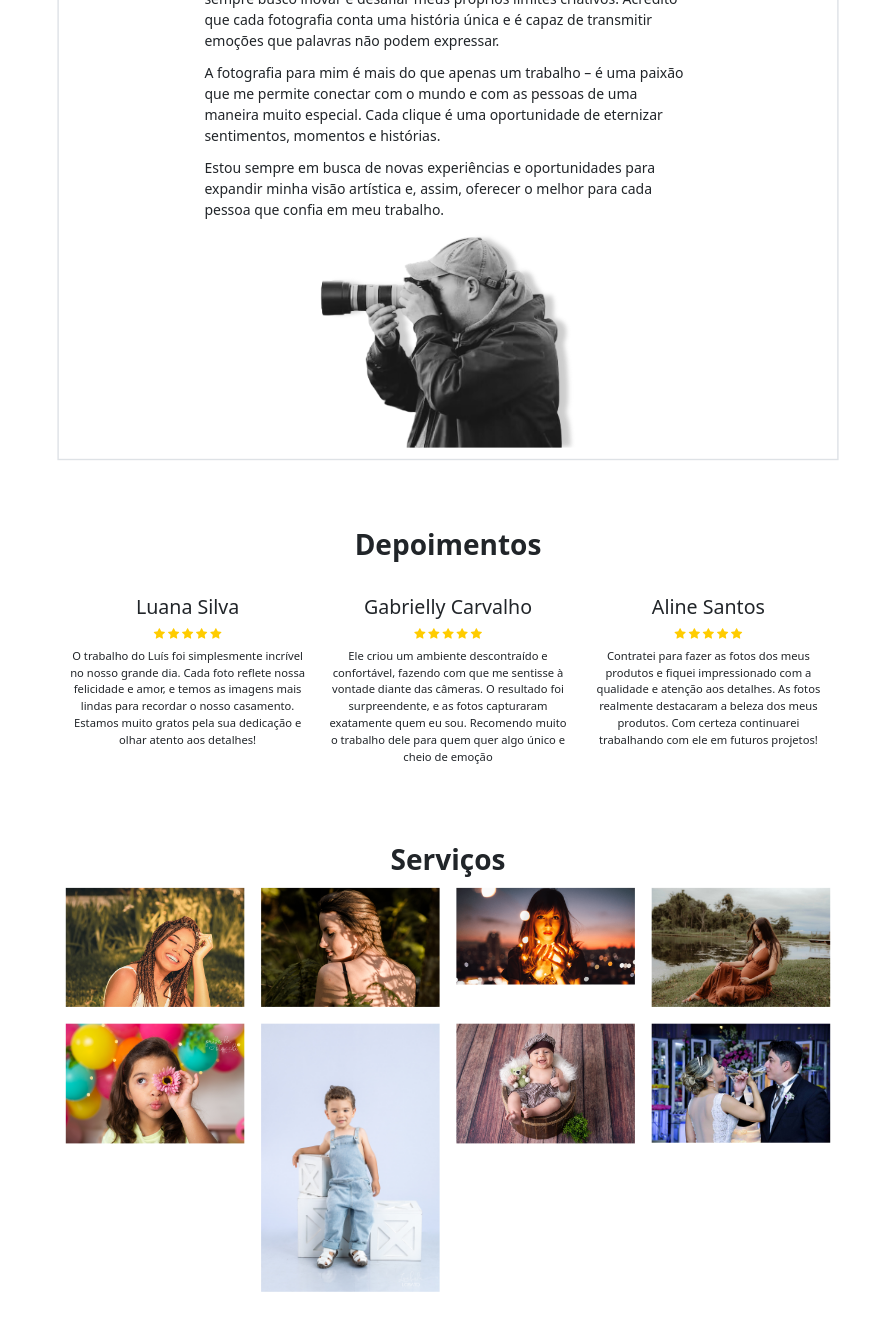
Repository: Marinalr-25/portifolio-fotografia
Page: index.html
An editor plug-in stored every save of this project. The page is shown before and after the next save, followed by the edit.
The browser window is 1280 px wide. The pictures show the part of the page from y = 1669 to 3589 px (the page is 3586 px tall before and 3589 px after), at 70% of full size.
A picture or video elsewhere on the page could not be fetched, so the positions and the page height are approximate.

Above is the page before, as saved 2025-01-19 22:15:29.

After the next save:
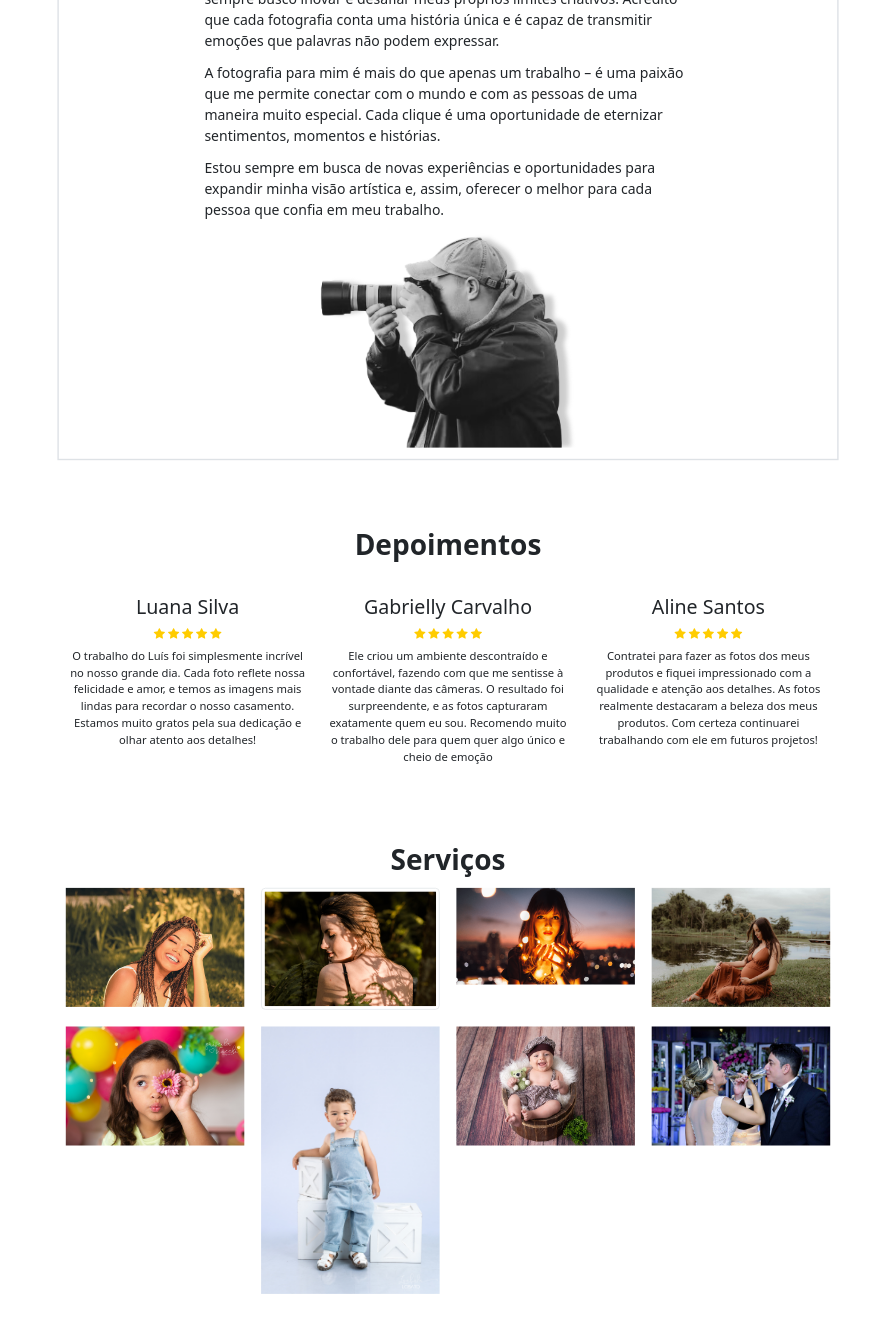
Saved 37 s later.
--- a/index.html
+++ b/index.html
@@ -275,7 +275,7 @@
         </div>
         <div class="col-sm-6 col-md-4 col-lg-3 mb-4">
           <img
-            class="ensaio img-fluid"
+            class="ensaio img-thumbnail"
             src="src/galeria-ensaio2.jpg"
             alt="ensaio 1"
           />
